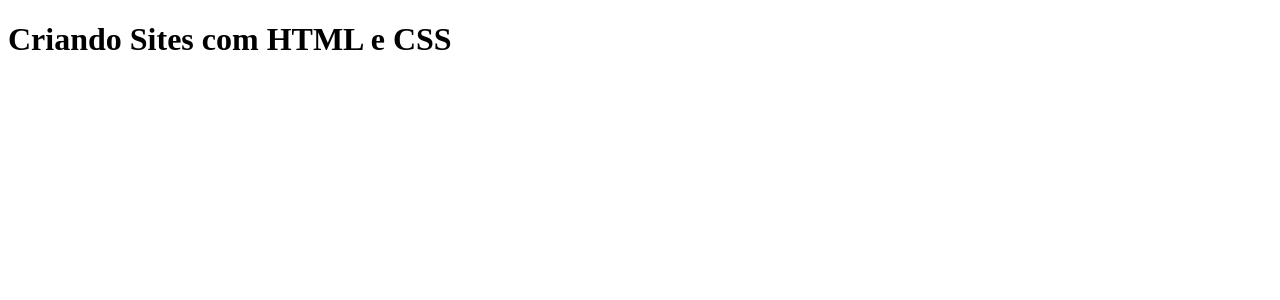
Repository: Codigo404q/html-css
Page: exercicios/ex019/seletor01.html
An editor plug-in stored every save of this project. The page is shown before and after a run of saves, followed by the edit.
The browser window is 1280 px wide. The pictures show the whole page.

Above is the page before, as saved 2023-11-05 21:30:28.

After the next 4 saves:
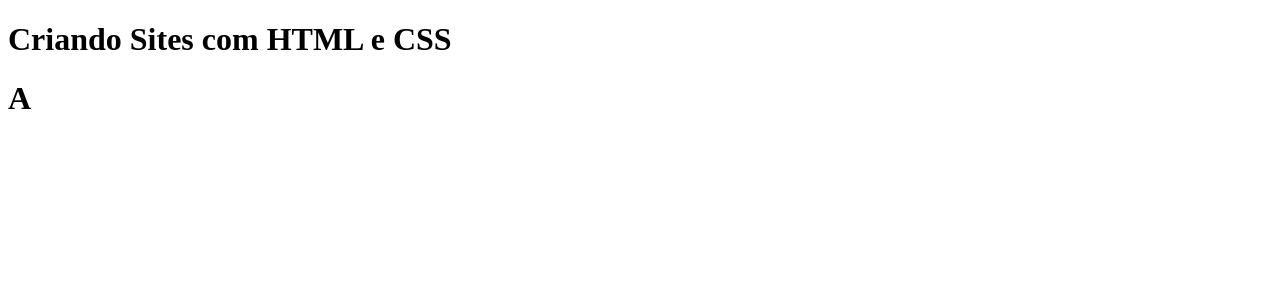
The 4 saves are shown as one change because they came seconds apart.
The last was saved 33 s later.
--- a/exercicios/ex019/seletor01.html
+++ b/exercicios/ex019/seletor01.html
@@ -7,6 +7,6 @@
 </head>
 <body>
     <h1>Criando Sites com HTML e CSS</h1>
-    <p></p>
+    <h1>A</h1>
 </body>
 </html>
